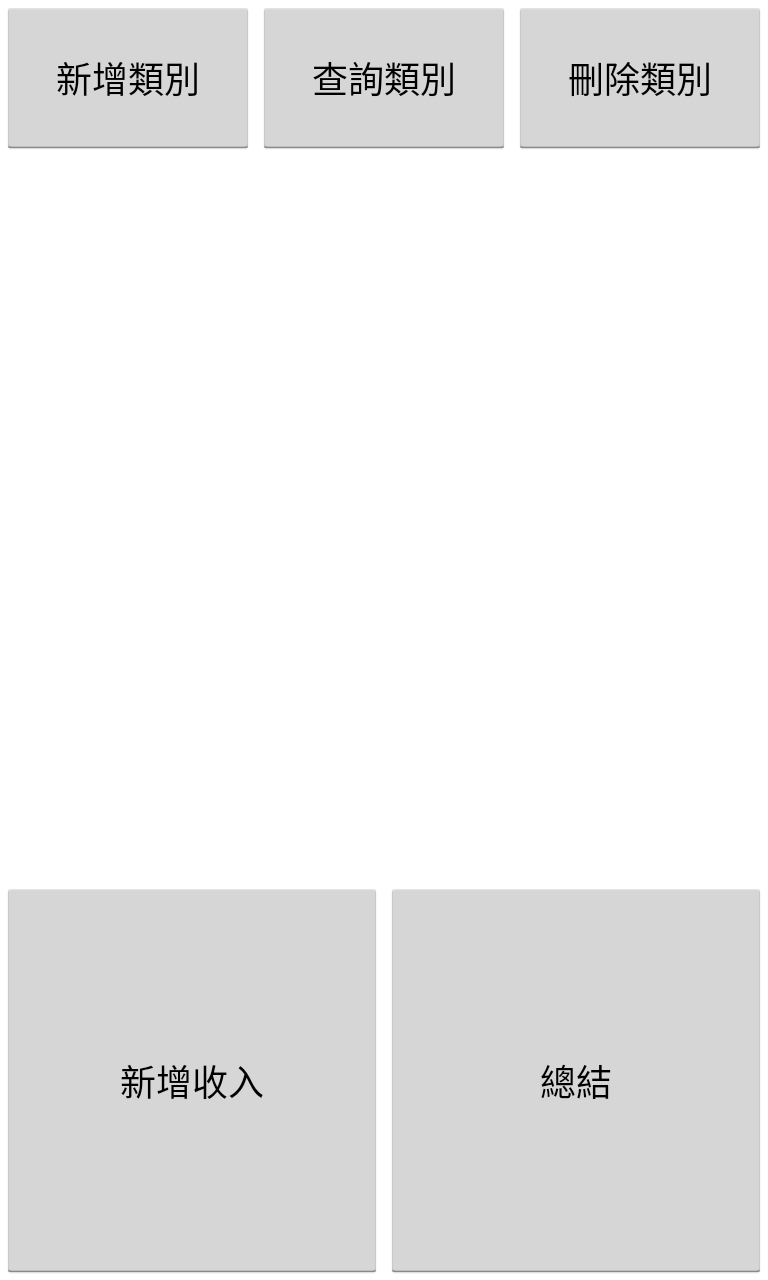
Repository: rayyrayy/Android-app-project
Layout: flashaccounting/easy money manager/res/layout/activity_main.xml
An editor plug-in stored every save of this project. The layout is shown before and after the next save, followed by the edit.
It is drawn on a 768 x 1280 px phone screen (xhdpi) without system bars, with theme AppTheme; the app's code is not run.

Above is the layout before, as saved 2014-11-10 03:28:08.

After the next save:
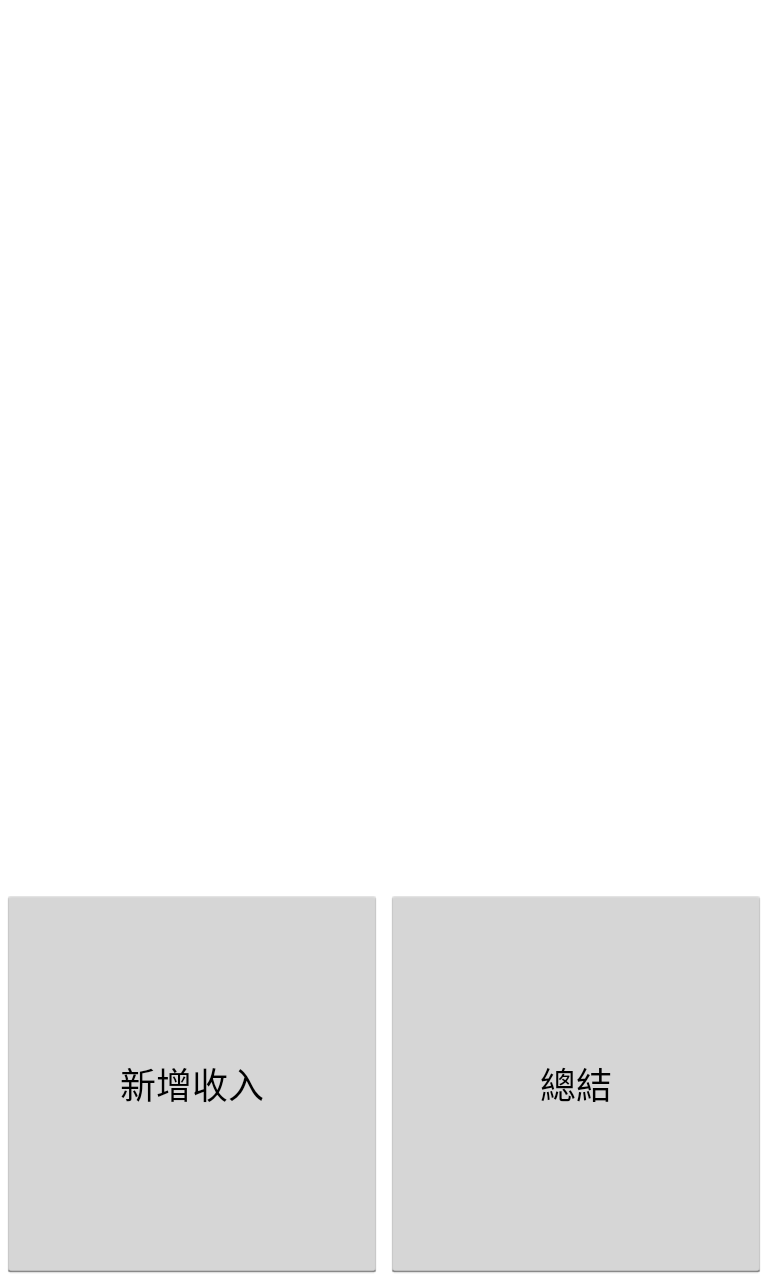
Saved 25 s later.
--- a/flashaccounting/easy money manager/res/layout/activity_main.xml
+++ b/flashaccounting/easy money manager/res/layout/activity_main.xml
@@ -6,63 +6,10 @@
    	android:layout_height="fill_parent"
 	android:orientation="vertical">
 
-   <LinearLayout
-    android:layout_width="fill_parent"
-   	android:layout_height="wrap_content"
-   	android:layout_weight="1"
-   	android:orientation="horizontal"
-   	android:baselineAligned="false">
-
-   	    <LinearLayout
-    	android:layout_width="fill_parent"
-   		android:layout_height="fill_parent"
-   		android:layout_weight="1"
-   		android:orientation="horizontal">
-
-    		<Button
-    		    android:id="@+id/AddClass"
-    		    android:layout_width="fill_parent"
-    		    android:layout_height="fill_parent"
-    		    android:text="@string/AddClass" />
-
-		</LinearLayout>
-
-   		<LinearLayout
-       	android:layout_width="fill_parent"
-   		android:layout_height="fill_parent"
-   		android:layout_weight="1"
-   		android:orientation="horizontal">
-
-   		    <Button
-   		        android:id="@+id/button1"
-   		        android:layout_width="fill_parent"
-   		        android:layout_height="fill_parent"
-   		        android:onClick="querytable"
-   		        android:text="@string/QueryClass" />
-
-    	</LinearLayout>
-
-   		<LinearLayout
-       	android:layout_width="fill_parent"
-   		android:layout_height="fill_parent"
-   		android:layout_weight="1"
-   		android:orientation="horizontal">
-
-    		<Button
-    		    android:id="@+id/DelClass"
-    		    android:layout_width="fill_parent"
-    		    android:layout_height="fill_parent"
-    		    android:onClick="DelClass"
-    		    android:text="@string/DelClass" />
-
-  	  	</LinearLayout>
-
-	</LinearLayout>
-
    	<LinearLayout
     android:layout_width="fill_parent"
     android:layout_height="wrap_content"
-   	android:layout_weight="12"
+   	android:layout_weight="3"
    	android:orientation="horizontal">
 
 	    <GridLayout
@@ -86,7 +33,7 @@
    	<LinearLayout
     android:layout_width="fill_parent"
     android:layout_height="wrap_content"
-   	android:layout_weight="5"
+   	android:layout_weight="1"
    	android:orientation="horizontal"
    	android:baselineAligned="false">
 
